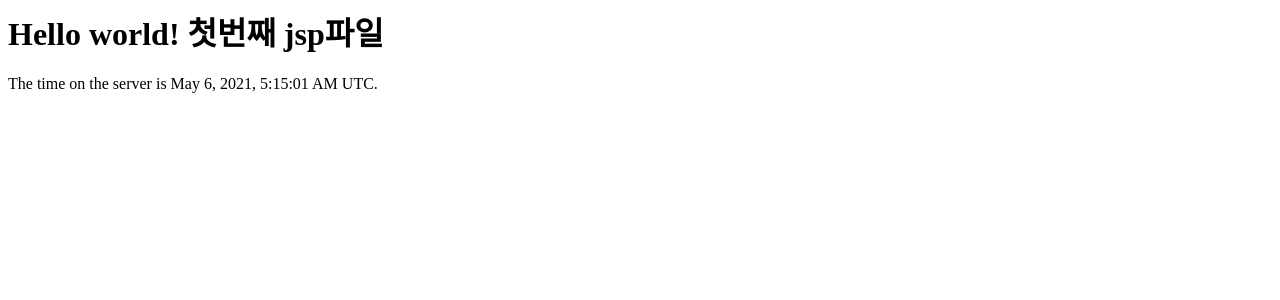
Repository: 753kg/KOSTA
Page: http://localhost/springMVCProject/
The author's editor kept a copy of each file at every save. The page is drawn from the files as they stood at one save, then again after the next save.
The browser window is 1280 px wide. The pictures show the whole page.
The page is served by Tomcat 9. Other server files are loaded and not shown. The template is opened directly, without the code that normally fills it, so the values that code supplies are empty.

Above is the page before, as saved 2021-05-07 06:14:16.

### springMVCProject/src/main/webapp/WEB-INF/views/home.jsp
<%@ taglib uri="http://java.sun.com/jsp/jstl/core" prefix="c" %>
<%@ page session="false" pageEncoding="UTF-8" %>
<html>
<head>
	<title>Home</title>
</head>
<body>
<h1>
	Hello world! 첫번째 jsp파일
</h1>

<P>  The time on the server is ${serverTime}. </P>
</body>
</html>

After the next save:
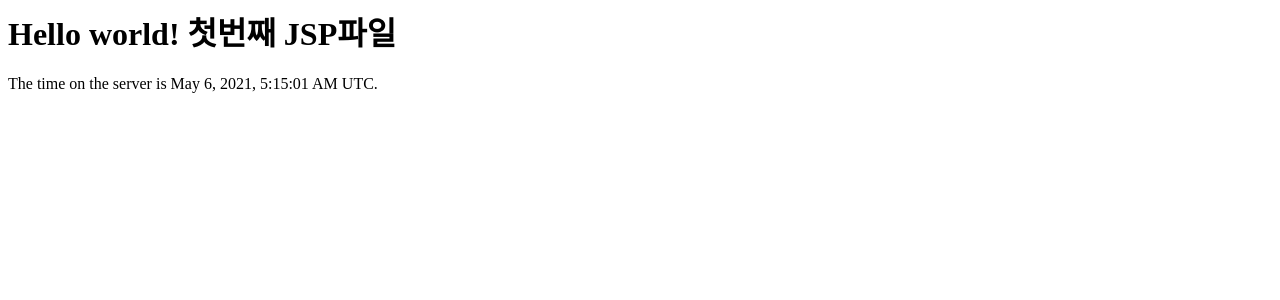
Saved 45 s later.
--- a/springMVCProject/src/main/webapp/WEB-INF/views/home.jsp
+++ b/springMVCProject/src/main/webapp/WEB-INF/views/home.jsp
@@ -6,7 +6,7 @@
 </head>
 <body>
 <h1>
-	Hello world! 첫번째 jsp파일
+	Hello world! 첫번째 JSP파일
 </h1>
 
 <P>  The time on the server is ${serverTime}. </P>
